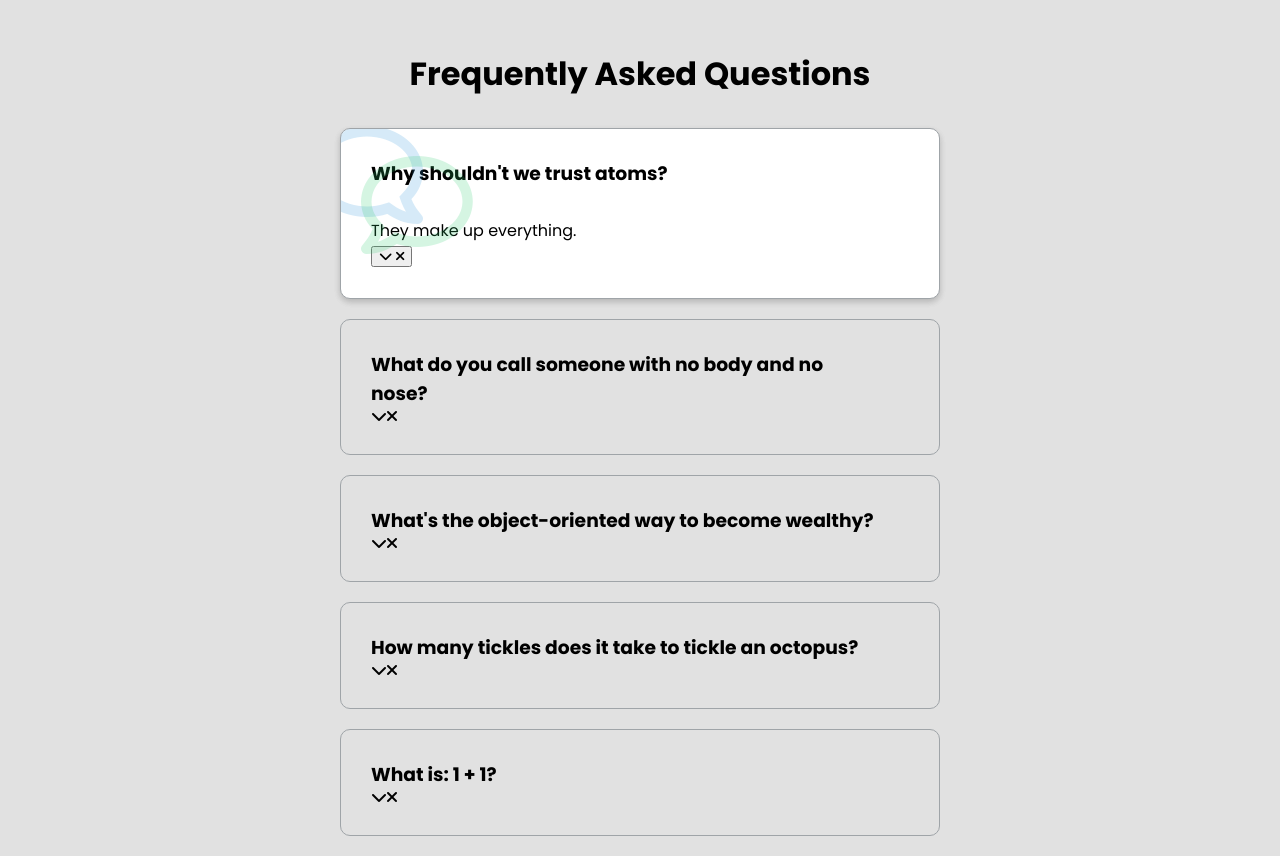
Repository: huynhvanngoan/50projectsin50days
Page: Day12/index.html
These files come from the project's save history. The page is drawn as it stood at one moment and after the next save; the edit follows.
The browser window is 1280 px wide. The pictures show the whole page.

Above is the page before, as saved 2022-11-14 23:20:03.

After the next save:
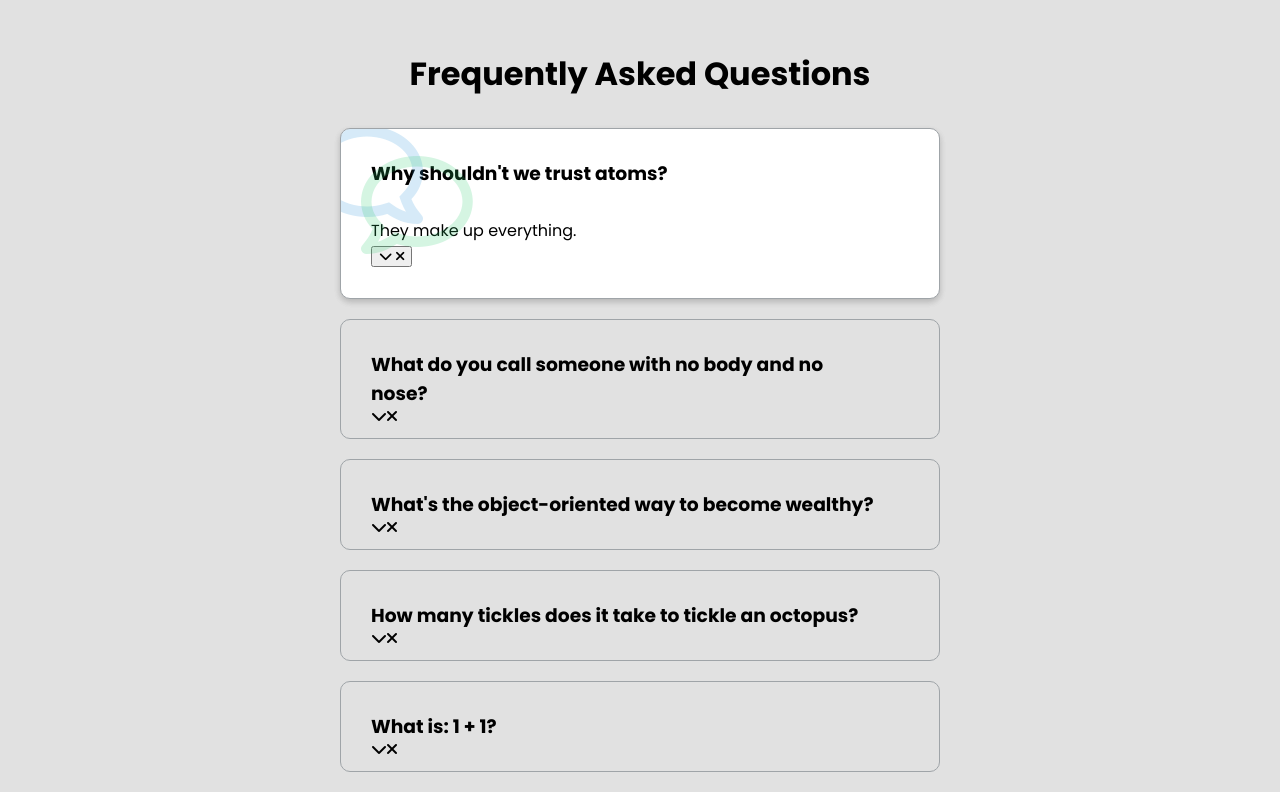
Saved 6 s later.
--- a/Day12/style.css
+++ b/Day12/style.css
@@ -68,5 +68,5 @@ h1{
     justify-content: center;
     font-size: 16px;
     padding: 0;
-    position:;
+    position: absolute;
 }
